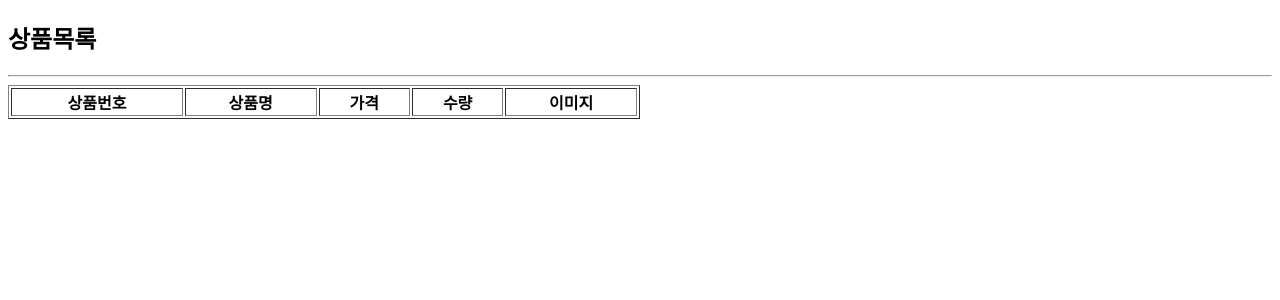
Repository: Jin0207/html_css
Page: http://localhost/day1130/listGoods_db.jsp
These files come from the project's save history. The page is drawn as it stood at one moment and after the next save; the edit follows.
The browser window is 1280 px wide. The pictures show the whole page.
The page is served by Tomcat 9. Queries for data that is not in the repository find no rows.

Above is the page before, as saved 2021-11-30 02:21:25.

After the next save:
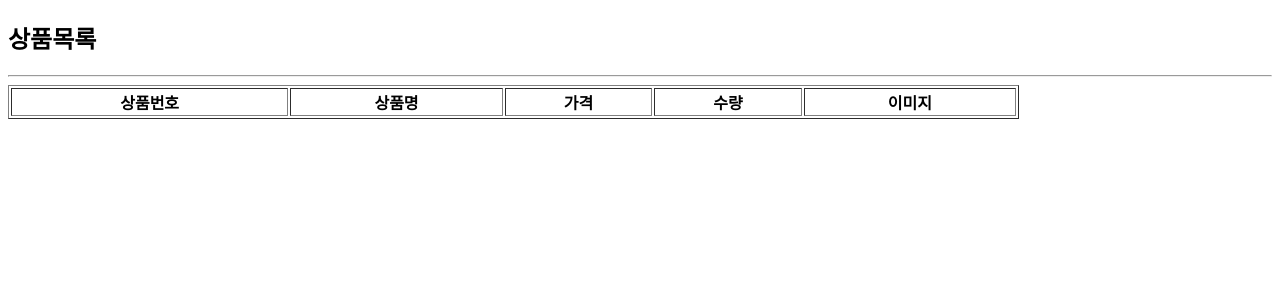
Saved 92 s later.
--- a/day1130/src/main/webapp/listGoods_db.jsp
+++ b/day1130/src/main/webapp/listGoods_db.jsp
@@ -16,7 +16,7 @@
 	%>
 	<h2>상품목록</h2>
 	<hr>
-	<table border="1" width="50%">
+	<table border="1" width="80%">
 		<tr>
 			<th>상품번호</th>
 			<th>상품명</th>
